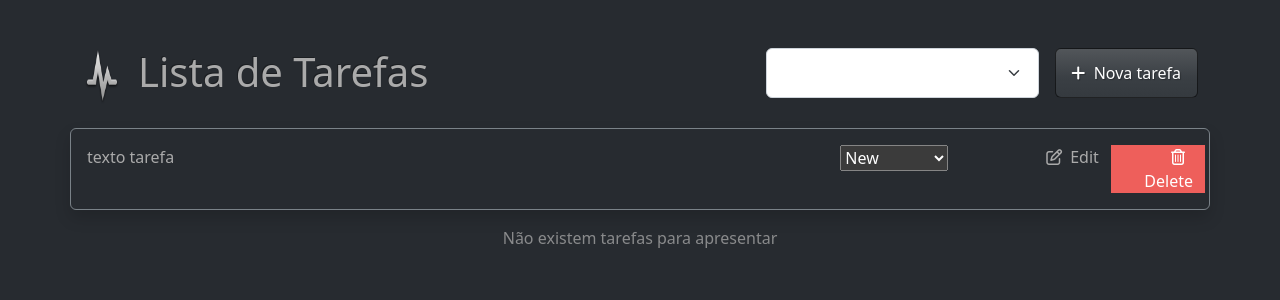
Repository: cargugati/lista_tarefas
Page: frontEnd/index.html
An editor plug-in stored every save of this project. The page is shown before and after a run of saves, followed by the edit.
The browser window is 1280 px wide. The pictures show the whole page.

Above is the page before, as saved 2023-03-18 21:19:11.

### frontEnd/index.html
<!DOCTYPE html>
<html lang="pt-br">

<head>
  <meta charset="UTF-8">
  <meta http-equiv="X-UA-Compatible" content="IE=edge">
  <meta name="viewport" content="width=device-width, initial-scale=1.0">
  <title>Lista de Tarefas</title>
  <link rel="stylesheet" href="./assets/css/bootstrap.min.css">
  <link rel="stylesheet" href="./assets/fontawesome/css/all.min.css">
  <link rel="shortcut icon" href="./assets/images/favicon.png" type="image/png">
</head>

<body>
  <div class="container my-5">

    <!-- cabeçalho -->
    <div class="row mb-4">
      <div class="col">
        <div class="d-flex justify-content-start">
          <img src="./assets/images/favicon.png" alt="Logo" class="img-fluid me-3" width="40px">
          <h1>Lista de Tarefas</h1>
        </div>

      </div>
      <div class="col text-end">
        <div class="d-flex justify-content-end">
          <select id="select_filter" class="form-select w-50 me-3">
            <option value=""></option>
            <option value="1">1</option>
          </select>
          <a href="new_task.html" class="btn btn-primary"><i class="fa-solid fa-plus me-2"></i>Nova tarefa</a>
        </div>
      </div>
    </div>

    <!-- aspecto visual de uma tarefa -->
    <div class="row mb-3">
      <div class="col-12 border border-secondary rounded p-3 shadow">
        <div class="row">
          <div class="col-8">texto tarefa</div>
          <div class="col-2">
            <select id="task_status" class="form-se">
              <option value="new">New</option>
              <option value="in progress">In progress</option>
              <option value="canceled">Canceled</option>
              <option value="done">Done</option>
            </select>
          </div>
          <div class="col-1 text-end"><i class="fa-regular fa-pen-to-square me-2"></i>Edit</div>
          <div class="col-1 text-end text-bg-danger"><i class="fa-regular fa-trash-can me-2"></i>Delete</div>
        </div>
      </div>
    </div>


    <!-- sem tarefa -->
    <div class="row " id="no_tasks">
      <div class="col text-center">
        <span class="opacity-75">Não existem tarefas para apresentar</span>
      </div>
    </div>
  </div>


  <script src="./assets/js/bootstrap.bundle.min.js"></script>
</body>

</html>

Loaded but not shown: frontEnd/assets/css/bootstrap.min.css (library); frontEnd/assets/fontawesome/css/all.min.css (library); frontEnd/assets/js/bootstrap.bundle.min.js (library)

After the next 2 saves:
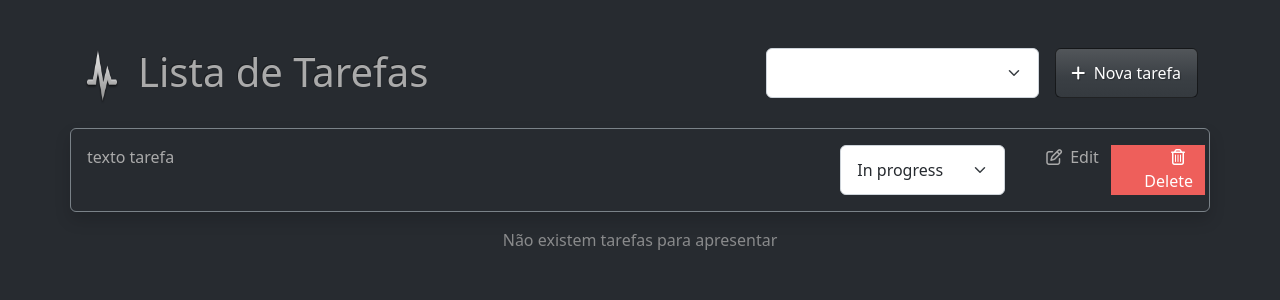
The 2 saves are shown as one change because they came seconds apart.
The last was saved 9 s later.
--- a/frontEnd/index.html
+++ b/frontEnd/index.html
@@ -40,7 +40,7 @@
         <div class="row">
           <div class="col-8">texto tarefa</div>
           <div class="col-2">
-            <select id="task_status" class="form-se">
+            <select id="task_status" class="form-select w-75>
               <option value="new">New</option>
               <option value="in progress">In progress</option>
               <option value="canceled">Canceled</option>
